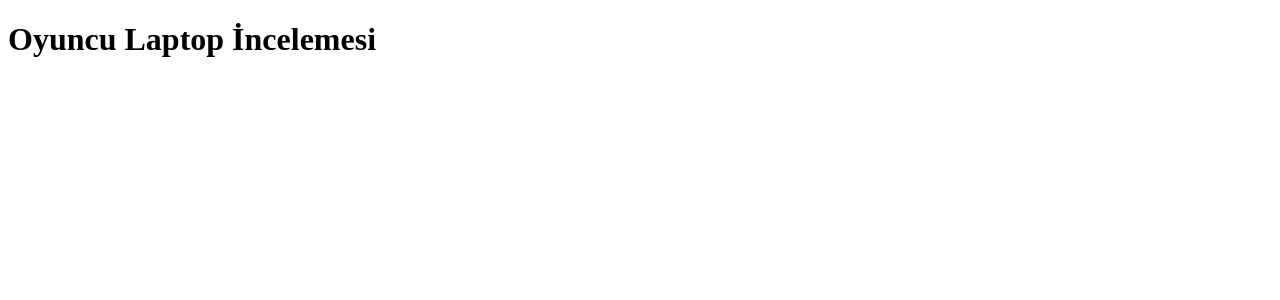
Repository: BeritanBlgn/web-yazilim-muhendisligi
Page: Modul_1/Ders_3/1.3.6_gorev2.html
These files come from the project's save history. The page is drawn as it stood at one moment and after a run of saves; the edit follows.
The browser window is 1280 px wide. The pictures show the whole page.

Above is the page before, as saved 2026-10-09 22:29:56.

### Modul_1/Ders_3/1.3.6_gorev2.html
<!DOCTYPE html>
<html lang="tr">
<head>
    <meta charset="UTF-8">
    <meta name="viewport" content="width=device-width, initial-scale=1.0">
    <title>Document</title>
</head>
<body>
    <h1>
        Oyuncu Laptop İncelemesi
    </h1>
    <p>

    </p>
</body>
</html>

After the next 3 saves:
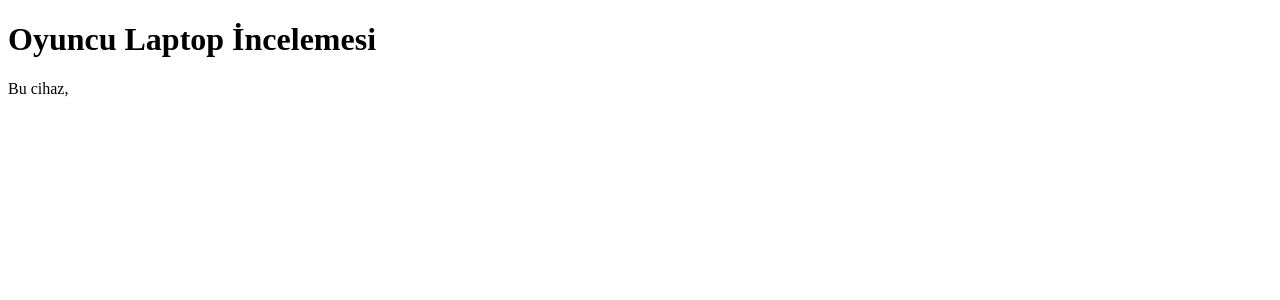
The 3 saves are shown as one change because they came seconds apart.
The last was saved 9 s later.
--- a/Modul_1/Ders_3/1.3.6_gorev2.html
+++ b/Modul_1/Ders_3/1.3.6_gorev2.html
@@ -10,7 +10,7 @@
         Oyuncu Laptop İncelemesi
     </h1>
     <p>
-
+        Bu cihaz, <strong></strong>
     </p>
 </body>
 </html>
